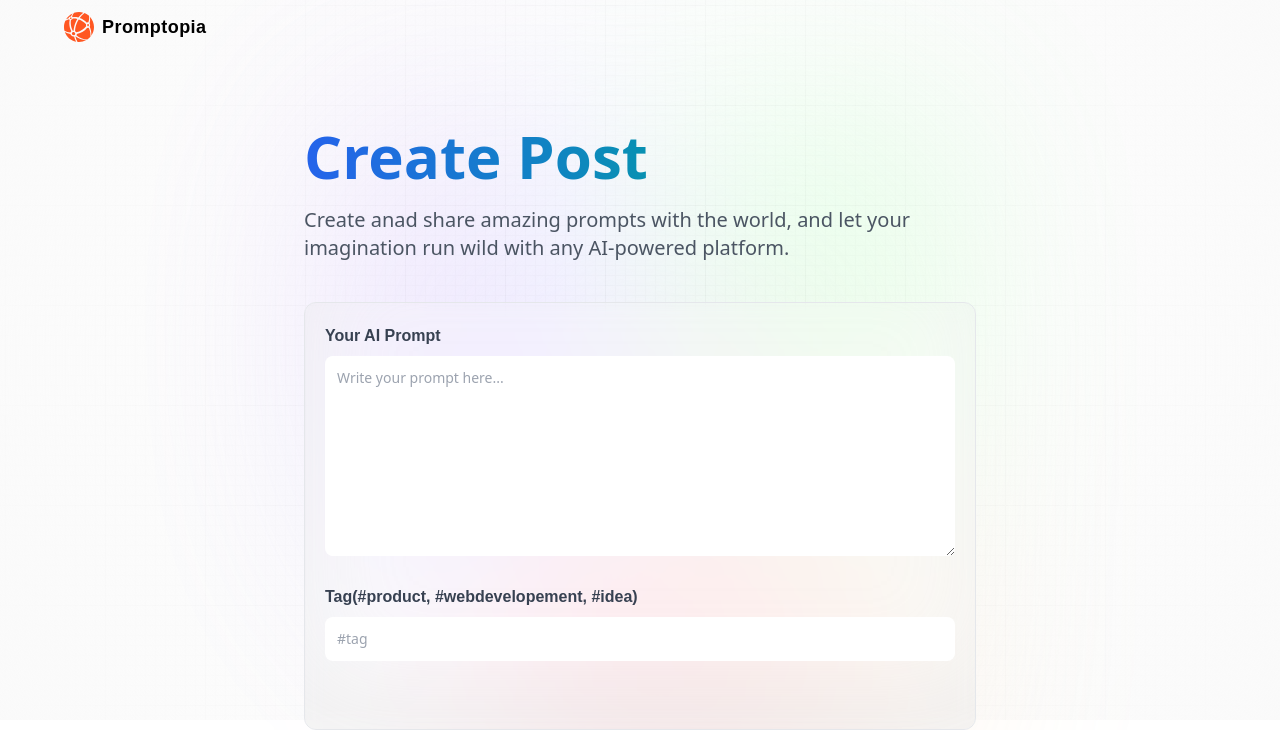
Repository: shraddesh123/promptAI
Page: /create-prompt
These files come from the project's save history. The page is drawn as it stood at one moment and after a run of saves; the edit follows.
The browser window is 1280 px wide. The pictures show the whole page.
The page's requests for data from a server got no answer. The project was rebuilt for these pictures with package versions that can differ from the ones it lists, and the page was loaded fresh each time. The framework's server and built-in components were replaced by stand-ins that run in the browser. No one was signed in, and anything a server would have sent is missing. Also part of the build but not shown: next.config.mjs.

Above is the page before, as saved 2024-08-02 18:48:09.

### app/layout.jsx

import "@styles/global.css";
import Nav from "@components/Nav";
import Provider from "@components/Provider";


export const metadata = {
    title: "Promptopia",
    description: "Discover & Share AI Prompts",
};
//we did not returning anything like other components
const RootLayout = ({ children }) => (
    <html lang='en'>
        <body>
            <Provider>
                <div className='main'>
                    <div className='gradient' />
                </div>
                <main className='app'>
                    <Nav />
                    {children}
                </main>
            </Provider>
        </body>
    </html>
);

export default RootLayout;

### app/create-prompt/page.jsx
"use client";
import { useState } from "react"
import { useSession } from "next-auth/react";
import { useRouter } from "next/router";

import Form from "@components/Form";


const CreatePrompt = () => {
    const [Submitting, setSubmitting] = useState(false);
    const [Post, setPost] = useState({
        prompt: '',
        tag: '',
    });
    const createPrompt = async (e) => {

    }
    return (
        <div>
            <Form
                type="Create"
                post={Post}
                setPost={setPost}
                Submitting={Submitting}
                handleSubmit={createPrompt}
            />
        </div>
    )
}

export default CreatePrompt

### styles/global.css
@import url("https://fonts.googleapis.com/css2?family=Inter:wght@100;200;300;400;500;600;700;800;900&display=swap");

@tailwind base;
@tailwind components;
@tailwind utilities;

/*
  Note: The styles for this gradient grid background is heavily inspired by the creator of this amazing site (https://dub.sh) – all credits go to them!
*/

.main {
  width: 100vw;
  min-height: 100vh;
  position: fixed;
  display: flex;
  justify-content: center;
  padding: 120px 24px 160px 24px;
  pointer-events: none;
}

.main:before {
  background: radial-gradient(circle, rgba(2, 0, 36, 0) 0, #fafafa 100%);
  position: absolute;
  content: "";
  z-index: 2;
  width: 100%;
  height: 100%;
  top: 0;
}

.main:after {
  content: "";
  background-image: url("/assets/images/grid.svg");
  z-index: 1;
  position: absolute;
  width: 100%;
  height: 100%;
  top: 0;
  opacity: 0.4;
  filter: invert(1);
}

.gradient {
  height: fit-content;
  z-index: 3;
  width: 100%;
  max-width: 640px;
  background-image: radial-gradient(
      at 27% 37%,
      hsla(215, 98%, 61%, 1) 0px,
      transparent 0%
    ),
    radial-gradient(at 97% 21%, hsla(125, 98%, 72%, 1) 0px, transparent 50%),
    radial-gradient(at 52% 99%, hsla(354, 98%, 61%, 1) 0px, transparent 50%),
    radial-gradient(at 10% 29%, hsla(256, 96%, 67%, 1) 0px, transparent 50%),
    radial-gradient(at 97% 96%, hsla(38, 60%, 74%, 1) 0px, transparent 50%),
    radial-gradient(at 33% 50%, hsla(222, 67%, 73%, 1) 0px, transparent 50%),
    radial-gradient(at 79% 53%, hsla(343, 68%, 79%, 1) 0px, transparent 50%);
  position: absolute;
  content: "";
  width: 100%;
  height: 100%;
  filter: blur(100px) saturate(150%);
  top: 80px;
  opacity: 0.15;
}

@media screen and (max-width: 640px) {
  .main {
    padding: 0;
  }
}

/* Tailwind Styles */

.app {
  @apply relative z-10 flex justify-center items-center flex-col max-w-7xl mx-auto sm:px-16 px-6;
}

.black_btn {
  @apply rounded-full border border-black bg-red-500 py-1.5 px-5 text-white transition-all hover:bg-white hover:text-black text-center text-sm font-inter flex items-center justify-center;
}

.outline_btn {
  @apply rounded-full border border-black bg-transparent py-1.5 px-5 text-black transition-all hover:bg-black hover:text-white text-center text-sm font-inter flex items-center justify-center;
}

.head_text {
  @apply mt-5 text-5xl font-extrabold leading-[1.15] text-black sm:text-6xl;
}

.orange_gradient {
  @apply bg-gradient-to-r from-amber-500 via-orange-600 to-yellow-500 bg-clip-text text-transparent;
}

.green_gradient {
  @apply bg-gradient-to-r from-green-400 to-green-500 bg-clip-text text-transparent;
}

.blue_gradient {
  @apply bg-gradient-to-r from-blue-600 to-cyan-600 bg-clip-text text-transparent;
}

.desc {
  @apply mt-5 text-lg text-gray-600 sm:text-xl max-w-2xl;
}

.search_input {
  @apply block w-full rounded-md border border-gray-200 bg-white py-2.5 font-satoshi pl-5 pr-12 text-sm shadow-lg font-medium focus:border-black focus:outline-none focus:ring-0;
}

.copy_btn {
  @apply w-7 h-7 rounded-full bg-white/10 shadow-[inset_10px_-50px_94px_0_rgb(199,199,199,0.2)] backdrop-blur flex justify-center items-center cursor-pointer;
}

.glassmorphism {
  @apply rounded-xl border border-gray-200 bg-white/20 shadow-[inset_10px_-50px_94px_0_rgb(199,199,199,0.2)] backdrop-blur p-5;
}

.prompt_layout {
  @apply space-y-6 py-8 sm:columns-2 sm:gap-6 xl:columns-3;
}

/* Feed Component */
.feed {
  @apply mt-16 mx-auto w-full max-w-xl flex justify-center items-center flex-col gap-2;
}

/* Form Component */
.form_textarea {
  @apply w-full flex rounded-lg h-[200px] mt-2 p-3 text-sm text-gray-500 outline-0;
}

.form_input {
  @apply w-full flex rounded-lg mt-2 p-3 text-sm text-gray-500 outline-0;
}

/* Nav Component */
.logo_text {
  @apply max-sm:hidden font-satoshi font-semibold text-lg text-black tracking-wide;
}

.dropdown {
  @apply absolute right-0 top-full mt-3 w-full p-5 rounded-lg bg-white min-w-[210px] flex flex-col gap-2 justify-end items-end;
}

.dropdown_link {
  @apply text-sm font-inter text-gray-700 hover:text-gray-500 font-medium;
}

/* PromptCard Component */
.prompt_card {
  @apply flex-1 break-inside-avoid rounded-lg border border-gray-300 bg-white/20 bg-clip-padding p-6 pb-4 backdrop-blur-lg backdrop-filter md:w-[360px] w-full h-fit;
}

.flex-center {
  @apply flex justify-center items-center;
}

.flex-start {
  @apply flex justify-start items-start;
}

.flex-end {
  @apply flex justify-end items-center;
}

.flex-between {
  @apply flex justify-between items-center;
}

### components/Nav.jsx
"use client";
import Link from "next/link"
import Image from "next/image"
import { useState, useEffect } from "react"
import { signIn, signOut, useSession, getProviders } from 'next-auth/react'


const Nav = () => {

    const { data: session } = useSession();
    const [providers, setProviders] = useState(null);
    const [toggleDropdown, setToggleDropdown] = useState(false);

    useEffect(() => {//functional component to fetch the available authentication providers from the next-auth library
        const setUpProviders = async () => {
            const res = await getProviders();//the getProviders function is called and the result is stored in the res variable.
            setProviders(res);
            // The setProviders function is then called with the res variable to update the providers state variable.
        }
        setUpProviders();
    }, []);


    return (
        <nav className="flex-between w-full mb-16 pt-3">
            <Link
                href="/"
                className="flex gap-2 flex-center">

                <Image
                    src="/assets/images/logo.svg"
                    width={30}
                    height={30}
                    className="object-contain"
                    alt="logo"
                />

                <p className="logo_text">Promptopia</p>

            </Link>
            {/*desktop navigation*/}
            <div className="sm:flex hidden">
                {session?.user ? (
                    <div className="flex gap-3 md:gap-5">
                        <Link
                            href="/create-prompt"
                            className="black_btn"
                        >
                            Create Post
                        </Link>
                        <button
                            type="button"
                            onClick={signOut}
                            className="outline_btn">
                            Sign Out
                        </button>
                        <Link href="/profile">
                            <Image
                                src={session?.user.image}
                                width={37}
                                height={37}
                                className="rounded-full"
                                alt="profile"
                            />
                        </Link>
                    </div>
                ) : (
                    <>
                        {providers &&
                            Object.values(providers).map((provider) => (
                                <button
                                    type='button'
                                    key={provider.name}
                                    onClick={() => {
                                        signIn(provider.id);
                                    }}
                                    className='black_btn'
                                >
                                    Sign In
                                </button>
                            ))}
                    </>
                )}
            </div>
            {/*mobile navigation*/}
            <div className="sm:hidden flex relative">
                {session?.user ? (
                    <div className="flex">
                        <Image
                            src={session?.user.image}
                            width={30}
                            height={30}
                            className="object-contain cursor-pointer"
                            alt="profile"
                            onClick={() => setToggleDropdown(!toggleDropdown)}//prev is a reference to the previous value of the toggleDropdown state variable.!prev expression is used to toggle the value of prev. If prev is true, !prev will be false, and vice versa.
                        />
                        {toggleDropdown && (
                            <div className="dropdown">
                                <Link
                                    href='/profile'
                                    className='dropdown_link'
                                    onClick={() => setToggleDropdown(false)}
                                >
                                    My Profile
                                </Link>
                                <Link
                                    href='/create-prompt'
                                    className='dropdown_link'
                                    onClick={() => setToggleDropdown(false)}
                                >
                                    Create Post
                                </Link>
                                <button
                                    type="button"
                                    onClick={() => {
                                        setToggleDropdown(false);
                                        signOut();
                                    }}
                                    className="mt-5 w-full black_btn"
                                >
                                    Sign Out
                                </button>
                            </div>
                        )}
                    </div>
                )
                    :
                    (
                        <>
                            {providers &&
                                Object.values(providers).map((provider) => (
                                    <button
                                        type='button'
                                        key={provider.name}
                                        onClick={() => {
                                            signIn(provider.id);
                                        }}
                                        className='black_btn'
                                    >
                                        Sign in
                                    </button>
                                ))}
                        </>
                    )}
            </div>
        </nav>
    )
}

export default Nav

### components/Provider.jsx
"use client";
import { SessionProvider } from 'next-auth/react'

const Provider = ({ children, session }) => {

  return (
    <SessionProvider session={session}>
      {children}
    </SessionProvider>
  )
}

export default Provider

### components/Form.jsx
import Link from "next/link"

const Form = ({ type, post, setPost, Submitting, handleSubmit }) => {
  return (
    <section className="w-full max-w-full flex-start flex-col">
      <h1 className="head_text text-left "> <span className="blue_gradient">{type} Post</span></h1>
      <p className="desc text-left max-w-md">
        {type} anad share amazing prompts with the world, and let your imagination run wild with any AI-powered platform.
      </p>
      <form
        onSubmit={handleSubmit}
        className="mt-10 w-full max-w-2xl flex flex-col gap-7 glassmorphism">
        <label>
          <span className="font-satoshi font-semibold text-base text-gray-700">Your AI Prompt</span>
          <textarea value={post.prompt} onChange={(e) => setPost({
            ...post,
            prompt: e.target.value
          })}
            placeholder="Write your prompt here..."
            className="form_textarea" />
        </label>
        <label>
          <span className="font-satoshi font-semibold text-base text-gray-700">Tag
            <span>(#product, #webdevelopement, #idea)</span>
          </span>
          <input value={post.tag} onChange={(e) => setPost({
            ...post,
            tag: e.target.value
          })}
            placeholder="#tag"
            required
            className="form_input" >
          </input>
        </label>
        <div className="flex-end mx-3 mb-5 gap-4">
        <Link href="/">

        </Link>
        </div>
      </form>
    </section>
  )
}

export default Form

Loaded but not shown: tailwind.config.js (common file)

After the next 2 saves:
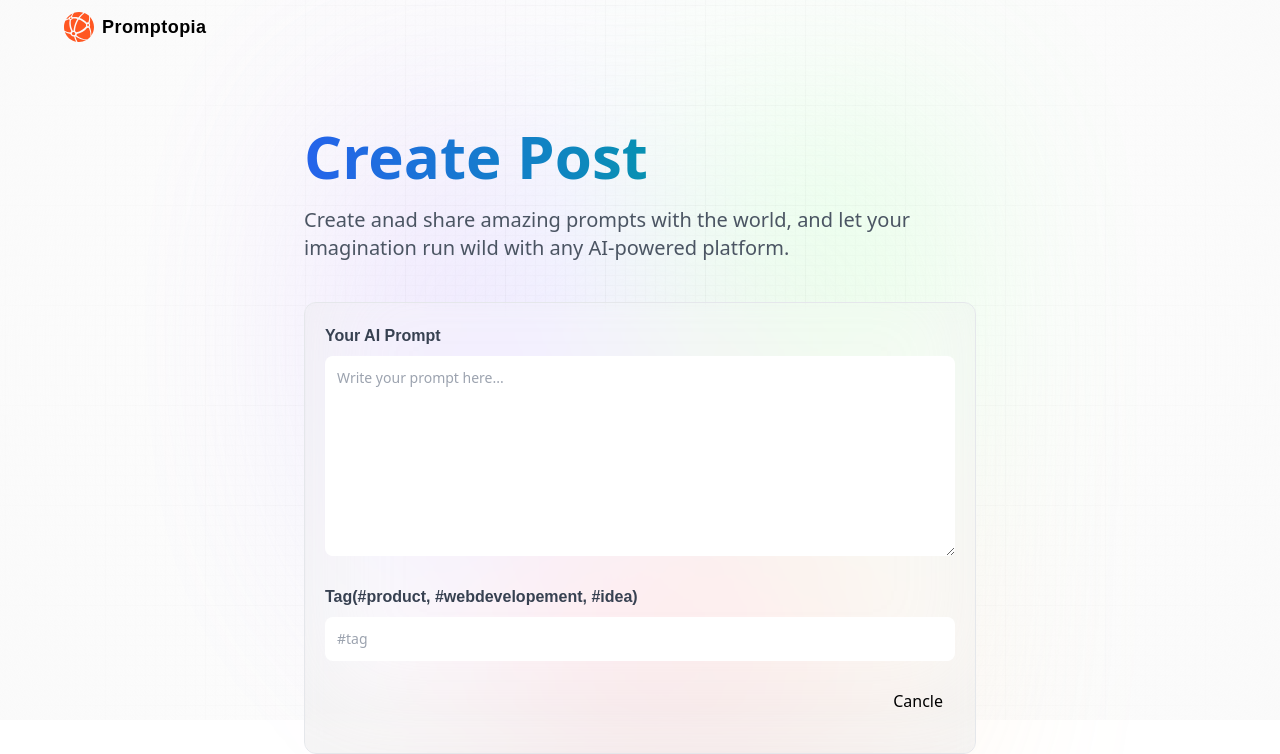
The 2 saves are shown as one change because they came seconds apart.
The last was saved 7 s later.
--- a/components/Form.jsx
+++ b/components/Form.jsx
@@ -34,7 +34,7 @@ const Form = ({ type, post, setPost, Submitting, handleSubmit }) => {
         </label>
         <div className="flex-end mx-3 mb-5 gap-4">
         <Link href="/">
-
+         Cancle
         </Link>
         </div>
       </form>
